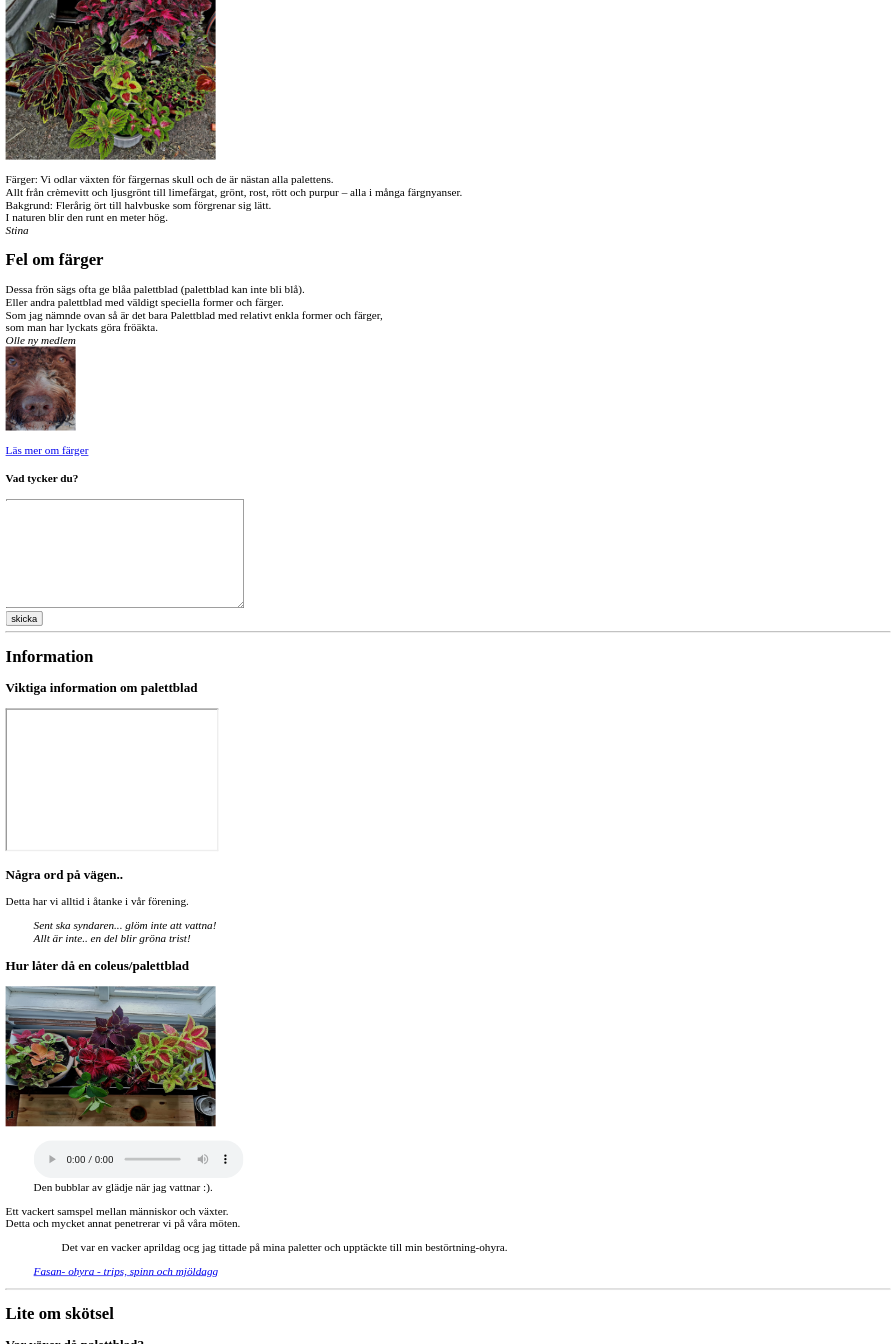
Repository: Webutveckling-20-21/Uppgift-1
Page: blogg.html
An editor plug-in stored every save of this project. The page is shown before and after the next save, followed by the edit.
The browser window is 1280 px wide. The pictures show the part of the page from y = 960 to 2880 px (the page is 3460 px tall), at 70% of full size.
Pictures or frames that could not be fetched are drawn as grey boxes.

Above is the page before, as saved 2021-09-07 22:43:45.

After the next save:
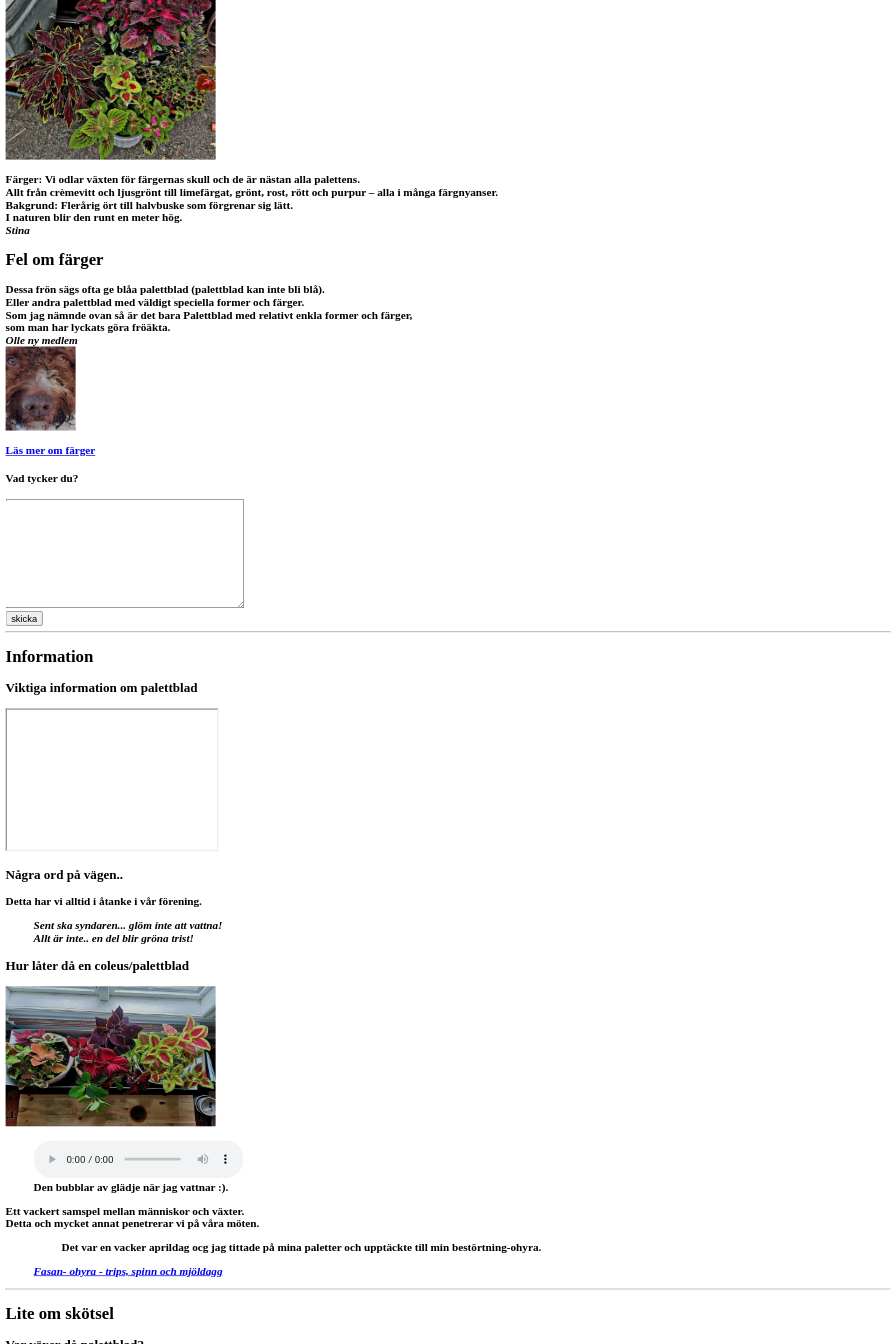
Saved 6 s later.
--- a/blogg.html
+++ b/blogg.html
@@ -71,7 +71,7 @@
                 <!-- Andra inlägget  -->
                 <h2>Färger och korsningar</h2>
                 <img src="images/palett.jpg" width="300" height="300"alt="palettfärger"> <br>
-                <p> <b></b> Färger: Vi odlar växten för färgernas skull och de är nästan alla palettens. <br> Allt från
+                <p> <b> Färger: Vi odlar växten för färgernas skull och de är nästan alla palettens. <br> Allt från
                     crèmevitt
                     och ljusgrönt till limefärgat, grönt, rost, rött och purpur – alla i många färgnyanser. <br>
                     Bakgrund:
